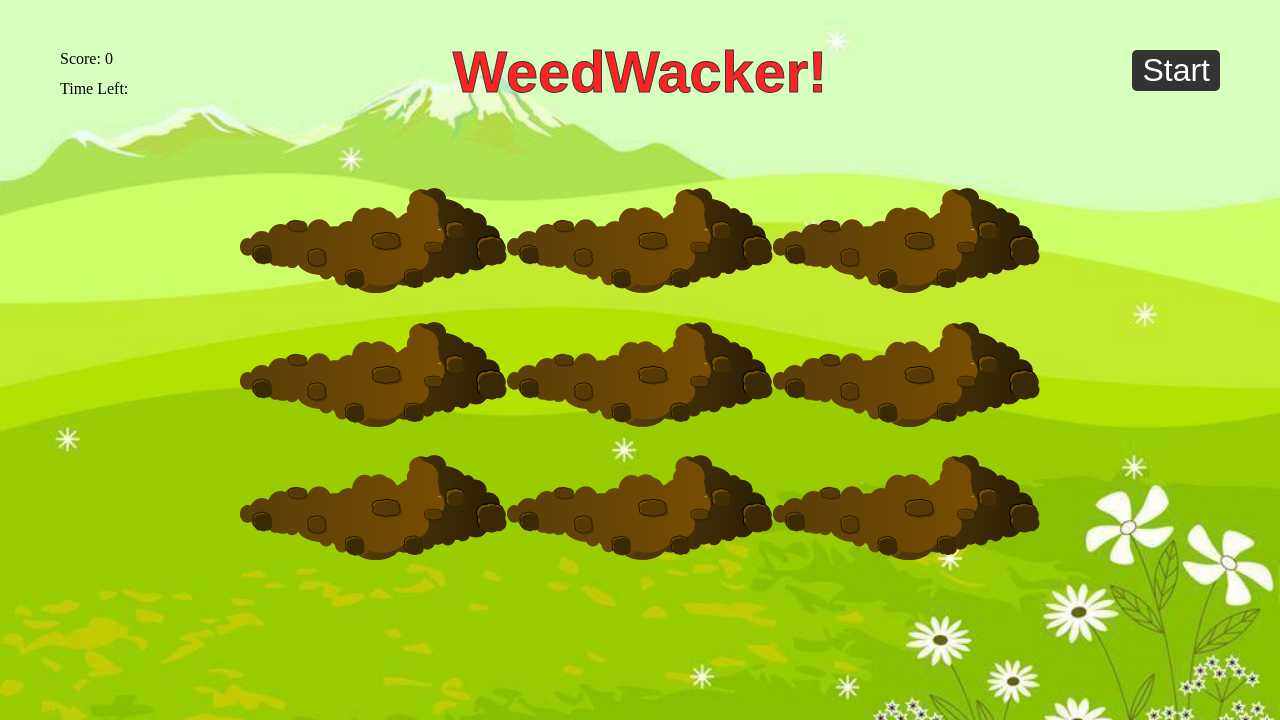
Repository: AustinW24/weedwacker
Page: index.html
These files come from the project's save history. The page is drawn as it stood at one moment and after a run of saves; the edit follows.
The browser window is 1280 px wide. The pictures show the whole page.
Some web fonts or font styles are not loaded; a fallback is used.

Above is the page before, as saved 2022-02-11 10:16:29.

### index.html
<!DOCTYPE html>
<html lang="en">
<head>
    <meta charset="UTF-8">
    <meta name="viewport" content="width=device-width, initial-scale=1.0">
    <meta http-equiv="X-UA-Compatible" content="ie=edge">
    <title>WeedWacker</title>
    <link href="http://fonts.cdnfonts.com/css/common-pixel" rel="stylesheet">
    <link rel="stylesheet" href="style.css">
</head>

<body>
    <div class="container">
        <div class="score">Score: 0</div>
        <div class="timer">Time Left: </div>
        <div class="heading">
            <h1 class="title">WeedWacker!</h1>
        </div>
        <div class="start">
            <button onClick="startGame()">Start</button>
        </div>
        <div class="game">
            <div class="hole hole1">
                <div class="plant"></div>
            </div>
            <div class="hole hole2">
                <div class="plant"></div>
            </div>
            <div class="hole hole3">
                <div class="plant"></div>
            </div>
            <div class="hole hole4">
                <div class="plant"></div>
            </div>
            <div class="hole hole5">
                <div class="plant"></div>
            </div>
            <div class="hole hole6">
                <div class="plant"></div>
            </div>
            <div class="hole hole7">
                <div class="plant"></div>
            </div>
            <div class="hole hole8">
                <div class="plant"></div>
            </div>
            <div class="hole hole9">
                <div class="plant"></div>
            </div>
        </div>
    </div>
            <script src="main.js"></script>
</body>
</html>

### style.css
html{
    box-sizing: border-box;
    margin: 0 auto;
}

*, *:before, *:after {
    box-sizing: inherit;
}

body {
    margin: 0;
    padding: 0;

}

.container {
    height: 100vh;
    width: 100vw;
    background: url("/assets/wwbackground.png") no-repeat center;
    background-size: 100%;
    display: flex;
    align-items: center;
    justify-content: center;
    position: relative;
    overflow: hidden;
}

.game {
    display: flex;
    flex-wrap: wrap;
    width: 800px;
    height: 400px;
    margin: 0 auto;
}
.hole {
    flex: 1 0 33.33%;
    overflow: hidden;
    position: relative;
    background: url("/assets/dirt.svg") bottom center no-repeat;
    background-size: contain;

}

button {
    font-size: 2rem;
    cursor: pointer;
    border: none;
    background: #333;
    color: #fff;
    border-radius: 5px;
    padding: 2px 10px 2px 10px;
    transition: all 0.5s ease;
}

.heading {
    display: flex;
    position: absolute;
    top: 0;
    margin-top: 0%;
    font-family: 'Common Pixel', sans-serif;
    color: rgb(255, 35, 35);
    font-size: 2vw;
    font-size: 4vh;
    -webkit-text-stroke-width: 1px;
    -webkit-text-stroke-color: rgb(53, 53, 53);
}

.score {
    left: 0;
    position: absolute;
    top: 0;
    margin-top: 50px;
    margin-left: 60px;
}

.start {
    right: 0;
    position: absolute;
    top: 0;
    margin-top: 50px;
    margin-right: 60px;
}

.timer {
    left: 0;
    position: absolute;
    top: 0;
    margin-top: 80px;
    margin-left: 60px;
}

Loaded but not shown: assets/dirt.svg (40 lines, source omitted); main.js (no stored copy; drawn as an empty file)

After the next 2 saves:
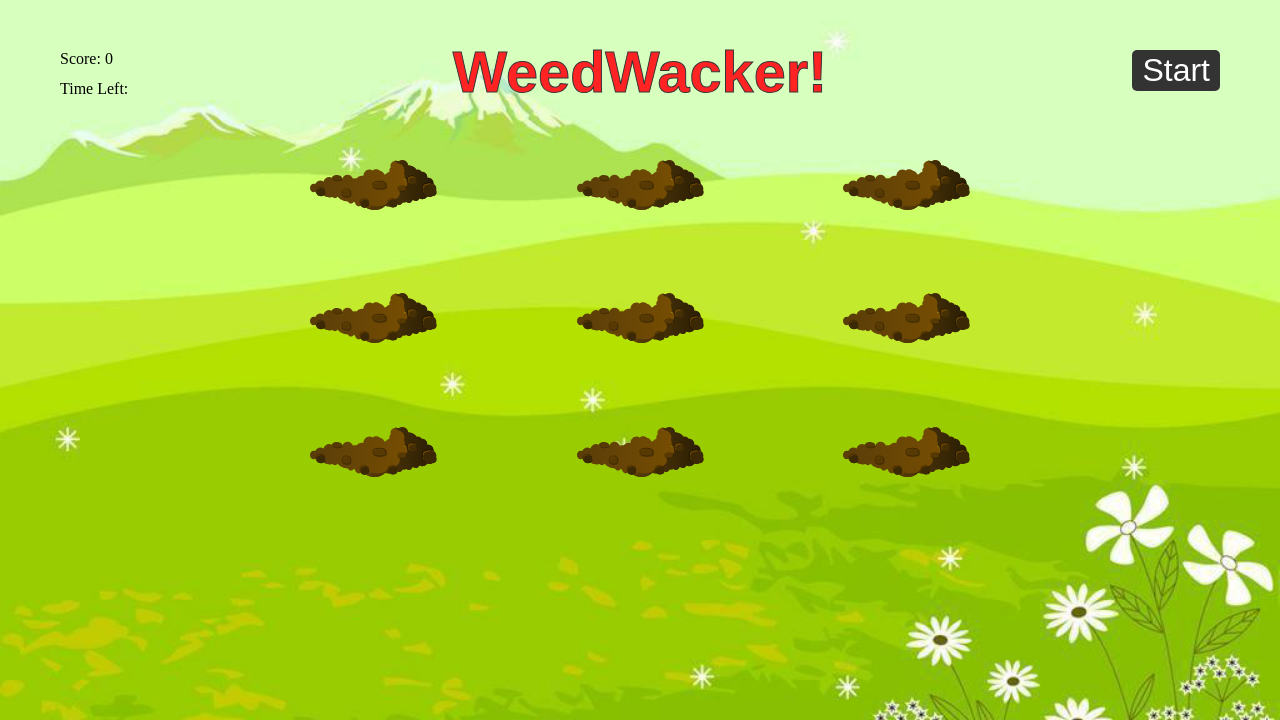
The 2 saves are shown as one change because they came seconds apart.
The last was saved 6 s later.
--- a/style.css
+++ b/style.css
@@ -38,7 +38,7 @@ body {
     position: relative;
     background: url("/assets/dirt.svg") bottom center no-repeat;
     background-size: contain;
-
+    height: 50px;
 }
 
 button {
